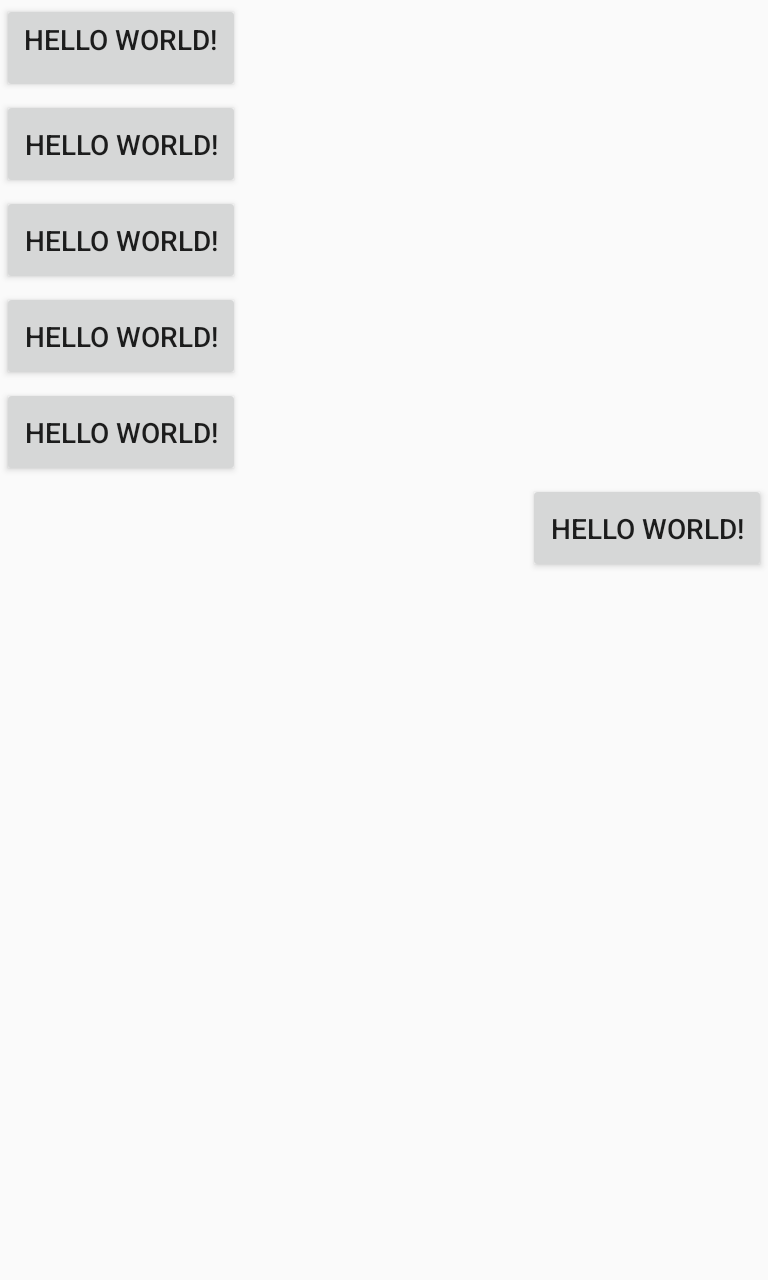
Repository: A207/guanjingjing
Layout: day4/Second/res/layout/activity_main.xml
An editor plug-in stored every save of this project. The layout is shown before and after the next save, followed by the edit.
It is drawn on a 768 x 1280 px phone screen (xhdpi) without system bars, with theme AppTheme; the app's code is not run.

Above is the layout before, as saved 2015-07-09 10:24:53.

After the next save:
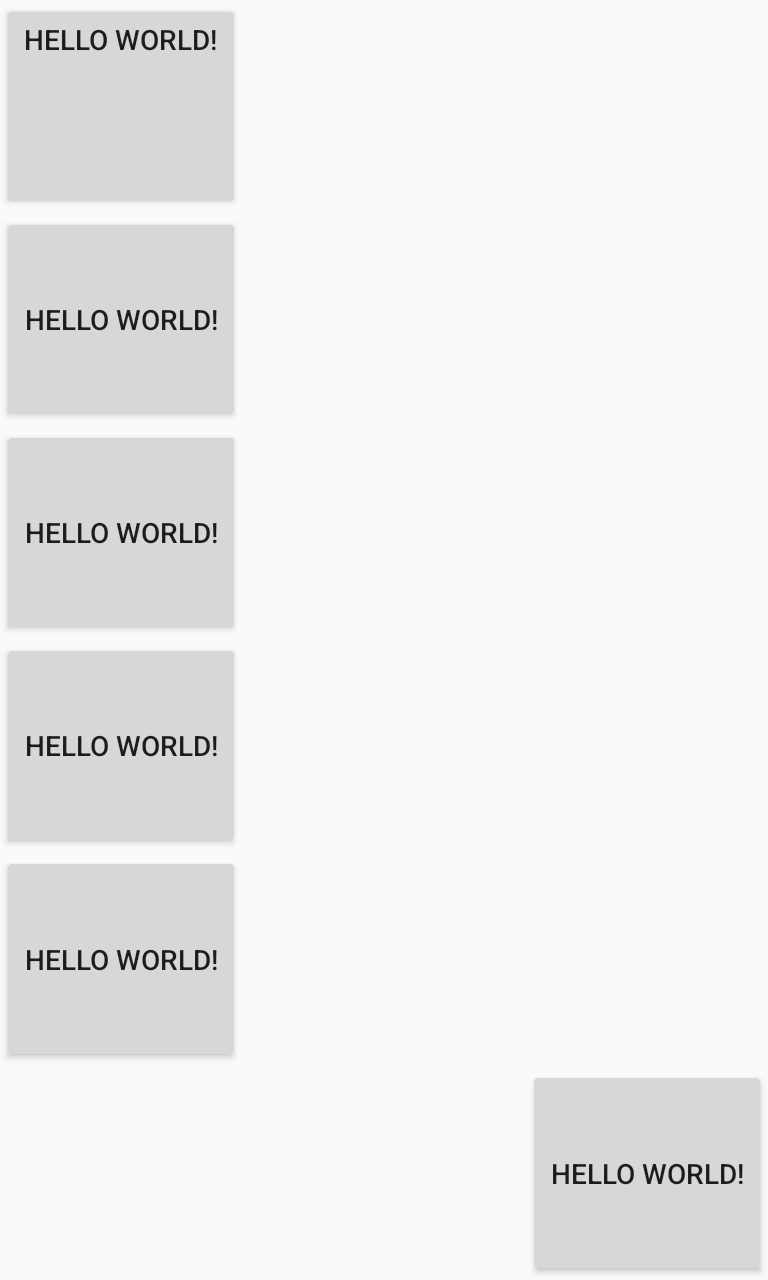
Saved 83 s later.
--- a/day4/Second/res/layout/activity_main.xml
+++ b/day4/Second/res/layout/activity_main.xml
@@ -9,27 +9,33 @@
         android:layout_width="wrap_content"
         android:layout_height="wrap_content"
         android:text="@string/hello_world"
-        android:gravity="top" />
-    <Button
-        android:layout_width="wrap_content"
-        android:layout_height="wrap_content"
-        android:text="@string/hello_world" />
-    <Button
-        android:layout_width="wrap_content"
-        android:layout_height="wrap_content"
-        android:text="@string/hello_world" />
-    <Button
-        android:layout_width="wrap_content"
-        android:layout_height="wrap_content"
-        android:text="@string/hello_world" />
-    <Button
-        android:layout_width="wrap_content"
-        android:layout_height="wrap_content"
-        android:text="@string/hello_world" />
+        android:gravity="top"
+        android:layout_weight="1" />
     <Button
         android:layout_width="wrap_content"
         android:layout_height="wrap_content"
         android:text="@string/hello_world"
-        android:layout_gravity="right" />
+        android:layout_weight="1" />
+    <Button
+        android:layout_width="wrap_content"
+        android:layout_height="wrap_content"
+        android:text="@string/hello_world"
+        android:layout_weight="1" />
+    <Button
+        android:layout_width="wrap_content"
+        android:layout_height="wrap_content"
+        android:text="@string/hello_world"
+        android:layout_weight="1" />
+    <Button
+        android:layout_width="wrap_content"
+        android:layout_height="wrap_content"
+        android:text="@string/hello_world"
+        android:layout_weight="1" />
+    <Button
+        android:layout_width="wrap_content"
+        android:layout_height="wrap_content"
+        android:text="@string/hello_world"
+        android:layout_gravity="right"
+        android:layout_weight="1" />
 
 </LinearLayout>
